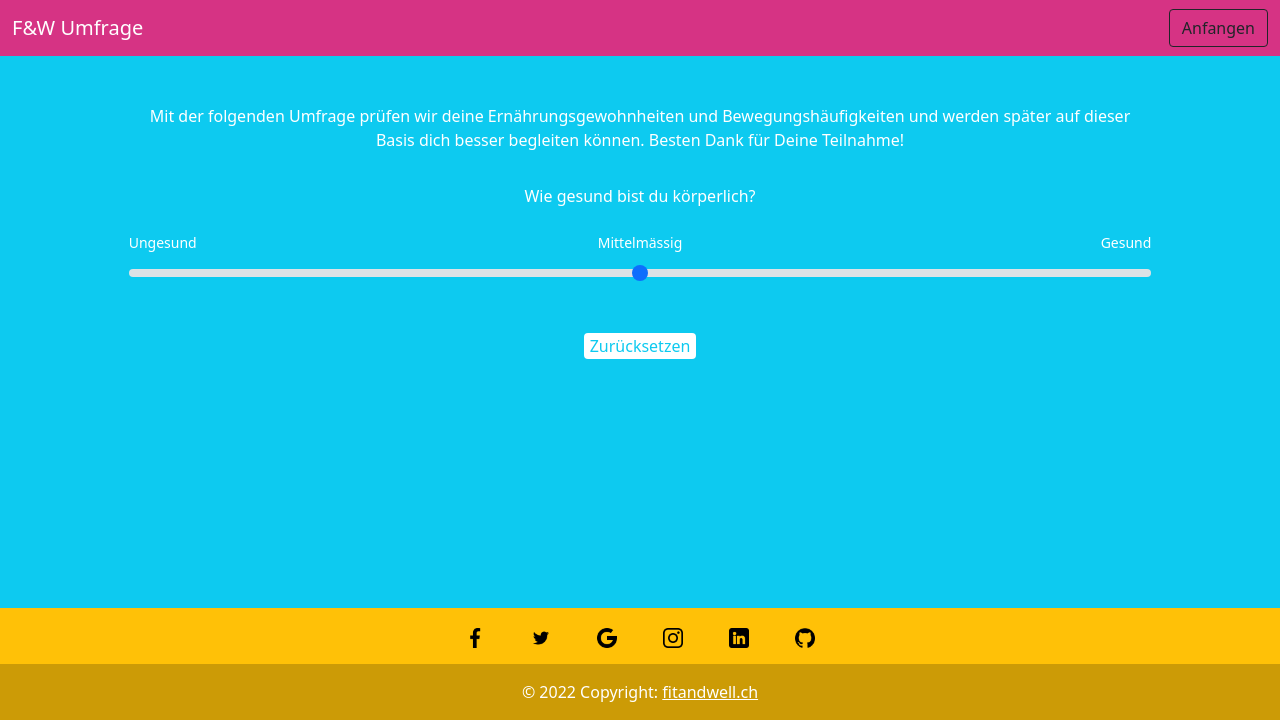
Repository: stephane71183101/Stephane-Personal-Health-Survey
Page: http://localhost/form-q01-start-page.php
The author's editor kept a copy of each file at every save. The page is drawn from the files as they stood at one save, then again after the next save.
The browser window is 1280 px wide. The pictures show the whole page.
The page is run by PHP 8.4 with error messages shown; the project is at /var/www/html/.

Above is the page before, as saved 2022-03-16 11:37:48.

After the next save:
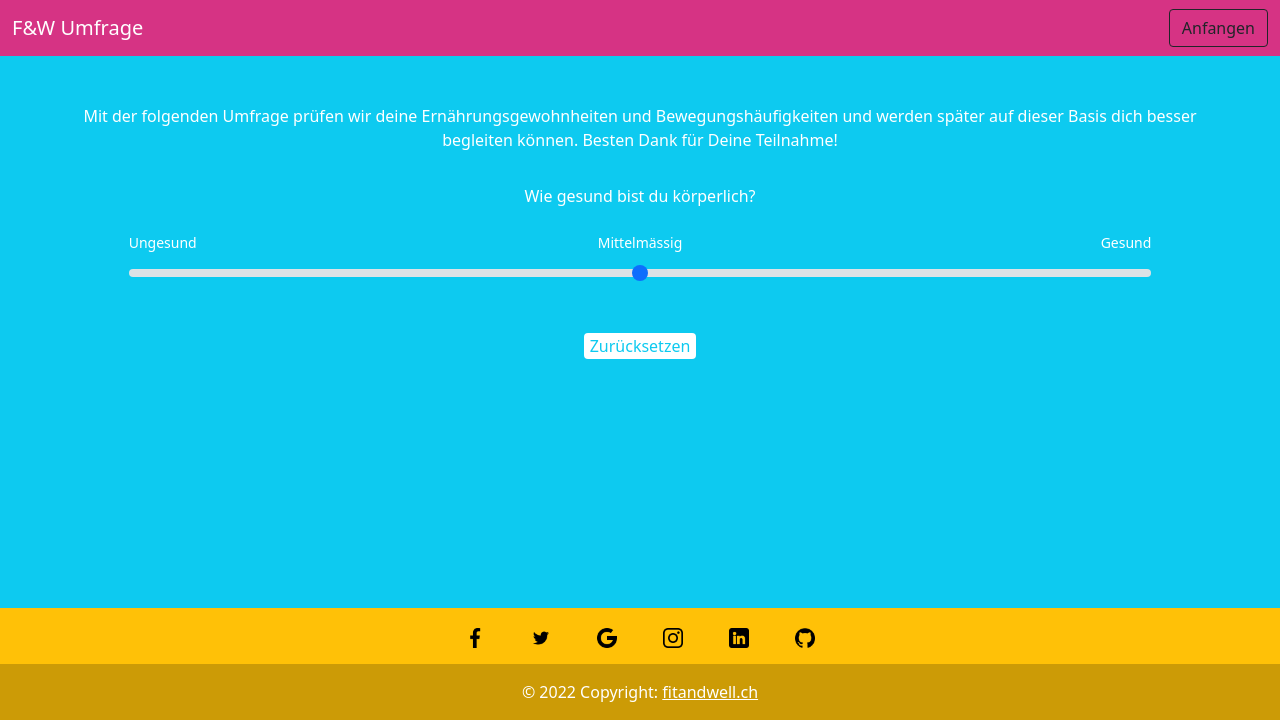
Saved 116 min 40 s later.
--- a/form-q01-start-page.php
+++ b/form-q01-start-page.php
@@ -1,34 +1,31 @@
 <?php include 'includes/head.php'?>
-
 <body class="bg-info">
-
 <?php include 'includes/header.php'?>
 
 <!-- Content -->
     <div class="container-fluid pt-5 pb-3 text-center text-white">
-        <div  class="container col-10 min-vh-95">
+        <div  class="container col-105">
         <p>Mit der folgenden Umfrage prüfen wir deine Ernährungsgewohnheiten und Bewegungshäufigkeiten und werden später auf dieser Basis dich besser begleiten können. Besten Dank für Deine Teilnahme!</p>
-        </div>
+    </div>
     </div>
         <div class="container-fluid pb-5 text-center text-white">
-        <div  class="container col-10">
-        <form>
-        <label for="healthRange" class="form-label mb-4">Wie gesund bist du körperlich?</label>
-        <div class="container-fluid px-0 mb-2 small">
-        <div class="row g-0">
-        <div class="col text-start">Ungesund</div>
-        <div class="col">Mittelmässig</div>
-        <div class="col text-end">Gesund</div>
-        </div>
-        </div>
-        <input type="range" id="healthRange" class="form-range mb-5" min="0" max="4" step="1">
-        <input type="reset" class="border-0 bg-white rounded text-info" value="Zurücksetzen">
-        </form>
+            <div  class="container col-10">
+            <form>
+            <label for="healthRange" class="form-label mb-4">Wie gesund bist du körperlich?</label>
+            <div class="container-fluid px-0 mb-2 small">
+            <div class="row g-0">
+            <div class="col text-start">Ungesund</div>
+            <div class="col">Mittelmässig</div>
+            <div class="col text-end">Gesund</div>
+            </div>
+            </div>
+            <input type="range" id="healthRange" class="form-range mb-5" min="0" max="4" step="1">
+            <input type="reset" class="border-0 bg-white rounded text-info" value="Zurücksetzen">
+            </form>
         </div>
     </div>
 <!-- Content -->
 
  <?php include 'includes/footer.php'?>
-
 </body>
 </html>
